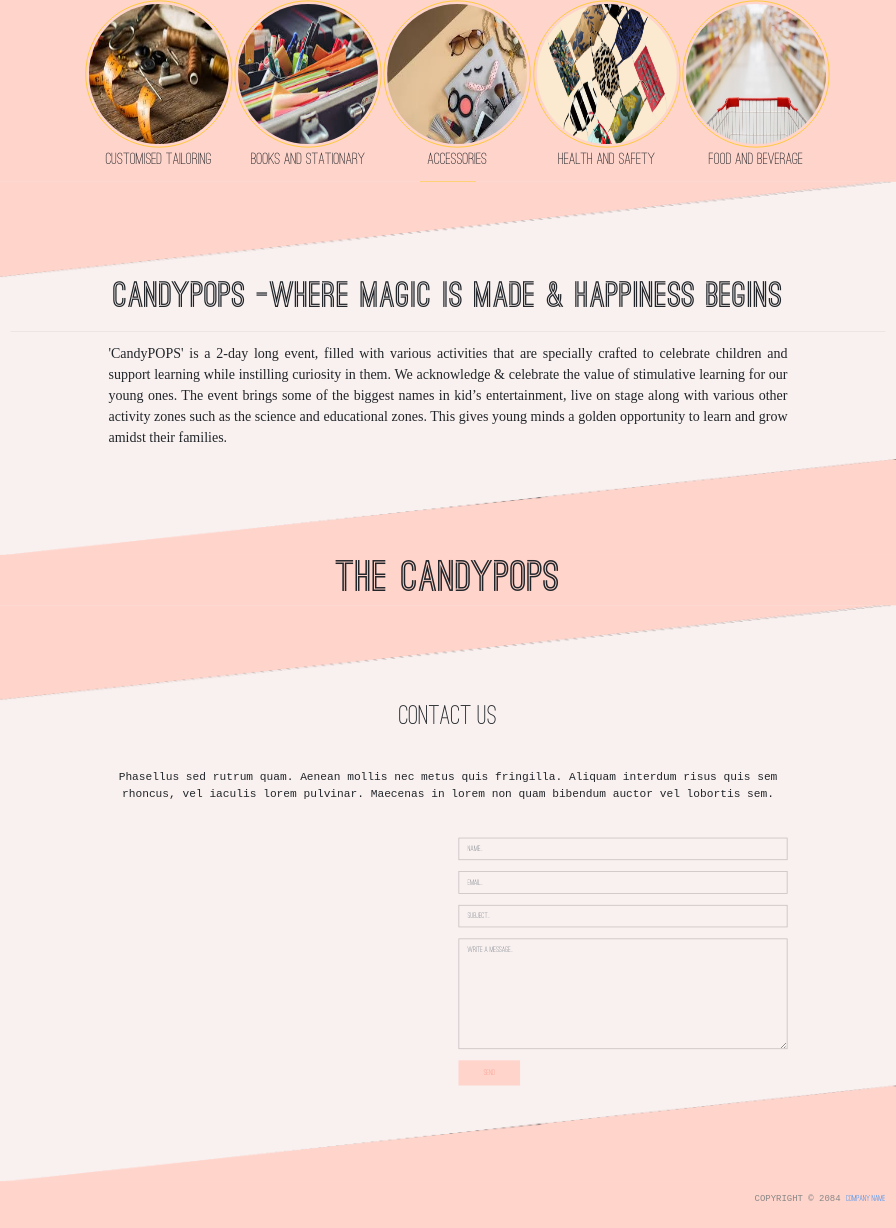
Repository: Demonster1999/newshoperrepo
Page: index.html
An editor plug-in stored every save of this project. The page is shown before and after the next save, followed by the edit.
The browser window is 1280 px wide. The pictures show the part of the page from y = 2374 to 4294 px (the page is 4128 px tall before and 4294 px after), at 70% of full size.
Some web libraries are served in a nearby version.

Above is the page before, as saved 2020-07-21 15:32:03.
Console error: TypeError: Cannot read properties of null (reading 'getContext')

### index.html
<!DOCTYPE html>
<head>
	<meta charset="UTF-8">
	<title>London Market</title>
	<meta name="keywords" content="" />
	<meta name="description" content="" />
    <meta name="viewport" content="width=device-width, initial-scale=1.0">
    <!--
    	Roller Template
		http://www.london-market.com/preview/london-market_424_roller
	-->
	<link rel="stylesheet" href="https://fonts.googleapis.com/css2?family=Great+Vibes">
	<link href="http://fonts.googleapis.com/css?family=Open+Sans:300,400,700" rel="stylesheet" type="text/css">
	<!-- <link href="css/font-awesome.min.css" rel="stylesheet">FontAwesome Icons -->
	<link rel="stylesheet" href="https://cdnjs.cloudflare.com/ajax/libs/font-awesome/5.14.0/css/all.min.css"
		integrity="sha512-1PKOgIY59xJ8Co8+NE6FZ+LOAZKjy+KY8iq0G4B3CyeY6wYHN3yt9PW0XpSriVlkMXe40PTKnXrLnZ9+fkDaog=="
		crossorigin="anonymous" />
	<link rel="stylesheet" href="https://maxcdn.bootstrapcdn.com/bootstrap/4.0.0/css/bootstrap.min.css" integrity="sha384-Gn5384xqQ1aoWXA+058RXPxPg6fy4IWvTNh0E263XmFcJlSAwiGgFAW/dAiS6JXm" crossorigin="anonymous">
	<link rel="stylesheet" href="fonts/ostrich-sans.css">
	<link href="css/LondonMarket.css" rel="stylesheet" type="text/css">
	<link rel="stylesheet" href="css/into-to-app.css">
	<link rel="stylesheet" href="css/navbar.css">
	<link rel="stylesheet" href="css/carousel.css">

</head>
<body>
	<nav class="navbar custom-nav sticky-top p-0 m-0 ">
		<a class="navbar-brand mx-auto text-white" style="font-family: Great Vibes; font-size: 40px;" href="#">London Market</a>

	  </nav>

	<nav class="navbar third-nav navbar-expand-lg navbar-light bg-light">
		<div class="container">
			<button class="navbar-toggler navbar-toggler-icon" type="button" data-toggle="collapse" data-target="#navbarSupportedChontent"
			aria-controls="navbarSupportedContent" aria-expanded="false" aria-label="Toggle navigation">
			<span class=""></span>
		</button>


		<div class="collapse navbar-collapse" id="navbarSupportedContent">
			<ul class="navbar-nav  mr-auto text-center">

				<li class="nav-item">
					<a class=" " href="#">Register</a>
				</li>
				<li class="nav-item ">
					<a class="" href="#">login</a>
				</li>


		</div>
		<div class="  mr-auto ">
			<!-- social icons  -->
			<button class="fab fa-facebook-f"></button>
			<button class="fab fa-twitter"></button>
			<button class="fab fa-linkedin-in"></button>
			<button class="fab fa-instagram"></button>
			<button class="fab fa-youtube"></button>
		</div>
		</div>

	</nav>


	<!-- nav with dots  -->
	<nav class="nav">
        <ul>
            <li class="dot1 active" id="ec1" data-toggle="tooltip" data-placement="left" title="Tooltip on left"></li>
            <li class="dot2" id="ec2" data-toggle="tooltip" data-placement="left" title="Tooltip on left"></li>
            <li class="dot3" id="ec3"  data-toggle="tooltip" data-placement="left" title="Tooltip on left"></li>
			<li class="dot4" id="ec4"  data-toggle="tooltip" data-placement="left" title="Tooltip on left"></li>
			<li class="dot5" id="ec5"  data-toggle="tooltip" data-placement="left" title="Tooltip on left"></li>
			<li class="dot5" id="ec5"  data-toggle="tooltip" data-placement="left" title="Tooltip on left"></li>
        </ul>
    </nav>

		<section class="" id="home">
			<div id="demo" class="carousel slide" data-ride="carousel">
				<ul class="carousel-indicators">
					<li data-target="#demo" data-slide-to="0" class="active"></li>
					<li data-target="#demo" data-slide-to="1"></li>
					<li data-target="#demo" data-slide-to="2"></li>
					<!-- <li data-target="#demo" data-slide-to="3"></li> -->
				</ul>
				<div class="carousel-inner">
					<div class="carousel-item active">
						<img src="images/carousel/carousel1.jpg" alt="Los Angeles"   >
						<div class="carousel-caption">
							<h3>Los Angeles</h3>
							<p>We had such a great time in LA!</p>
						</div>
					</div>
					<div class="carousel-item">
						<img src="images/carousel/carousel4.jpg" alt="Chicago"  >
						<div class="carousel-caption">
							<h3>Chicago</h3>
							<p>Thank you, Chicago!</p>
						</div>
					</div>
					<div class="carousel-item">
						<img src="images/carousel/cp11.jpg" alt="Chicago" >
						<div class="carousel-caption">
							<h3>Chicago</h3>
							<p>Thank you, Chicago!</p>
						</div>
					</div>
					<!-- <div class="carousel-item">
						<img src="images/images/lmimages/Adobe_20200716_143015.png" alt="Chicago">
						<div class="carousel-caption">
							<h3>Chicago</h3>
							<p>Thank you, Chicago!</p>
						</div>
					</div> -->
					<!-- <div class="carousel-item">
						<img src="images/carousel/carousel3.jpg" alt="New York" class=" w-100" style="height: 300px; max-height: 500px;">
						<div class="carousel-caption">
							<h3>New York</h3>
							<p>We love the Big Apple!</p>
						</div>
					</div> -->
				</div>
				<a class="carousel-control-prev" href="#demo" data-slide="prev">
					<span class="carousel-control-prev-icon"></span>
				</a>
				<a class="carousel-control-next" href="#demo" data-slide="next">
					<span class="carousel-control-next-icon"></span>
				</a>
			</div>
		</section>

<section class=" intro-to-app container-fluid">
	<img src="images/tm-border-black-top.png" class="w-100 img-top" alt="">
	<div class="container-fluid text-center ">

		<img src="images/images/lmimages/lm.png" class="p-0 m-0" width=200px height="200px" alt="" >
		<h1 class="mx-auto  "> Get Shop-a-holic</h1>

		<hr>


		<div class="container ">
			<p class="lead text-justify">After a period of more than 10 successful years in exhibition management with a strong focus on the fashion and
			lifestyle industry, One Management International proudly brings to you yet another feather in its cap, ‘The London
			Market App’.
			The app is based on the simple concept of ‘Affordable Luxury’, where we strive to present creative and beautiful
			products from sellers across the world, through an intelligent and user-friendly app. We believe in the power of
			expressing oneself, as we aspire to showcase products and brands that stand apart. With our wide array of products
			ranging from clothing and accessories to home décor and furniture, we have something unique for everyone.
</p>
               <div class="row">
<div class="col-md-6 p-2 text-center">
	<a href="https://play.google.com/store/apps/details?id=com.prpwebs.londonmarket" class="h1"> <img src="images/logos/play store.png" class=" " width="160px" height="160px" alt="play">
		<center> Android</center>
	</a>
</div>
<div class="col-md-6 text-center">
	<a href="" class="h1"> <img src="images/logos/hiclipart.com.png" class=" " width="160px" height="160px" alt="app">
		<center>ios</center>
	</a>

</div>
			   </div>

		</div>
	</div>
	<img src="images/tm-border-black-bottom.png" class="w-100 imgbottom" alt="">
</section>


<section class="tm-dark-bg tm-section" id="portfolio">
			<div class="container-fluid">

<h1 style="font-weight: bold; font-size: 60px;" class="text-center"> The App Offers  </h1>
<div class="  row text-center mt-5 ">
	<div class="col-md-1"></div>
	<div class="col-md-2 text-center mt-5  ">
		<div class="tm-img-circle-border mx-auto ">
			<img src="images/category/display category/Women clothing.jpg" alt="Testimonial 1" class="img-circle tm-img-testimonial">
			<h4 class=" mt-2 "> Women clothing </h4>
		</div>
	</div>
	<div class="col-md-2 text-center mt-5 ">
		<div class="tm-img-circle-border mx-auto ">
			<img src="images/category/display category/children.jpg" alt="Testimonial 2" class="img-circle tm-img-testimonial">
			<h4 class=" mt-2 "> Children clothing</h4>
		</div>
	</div>
	<div class="col-md-2 text-center mt-5 ">
		<div class="tm-img-circle-border mx-auto ">
			<img src="images/category/display category/umens.jpeg" alt="Testimonial 3" class="img-circle tm-img-testimonial">
			<h4 class=" mt-2 "> Menswear </h4>
		</div>

	</div>
	<div class="col-md-2 text-center mt-5 ">
		<div class="tm-img-circle-border mx-auto ">
			<img src="images/category/display category/Jewellery.jpg" alt="Testimonial 4" class="img-circle tm-img-testimonial">
			<h4 class=" mt-2 "> Jewellery</h4>
		</div>
	</div>
	<div class="col-md-2 text-center mt-5 ">
		<div class="tm-img-circle-border mx-auto ">
			<img src="images/category/display category/Footwear.jpg" alt="Testimonial 5" class="img-circle tm-img-testimonial">
			<h4 class=" mt-2 "> foot wear </h4>
		</div>
	</div>
	<div class="col-md-1"></div>
</div>
<hr class="tm-author-name-underline mt-5">
<div class="  row text-center mt-5 ">
	<div class="col-md-1"></div>
	<div class="col-md-2 text-center mt54 ">
		<div class="tm-img-circle-border mx-auto ">
			<img src="images/category/display category/Decor & Linen.jpg" alt="Testimonial 1" class="img-circle tm-img-testimonial">
			<h4 class=" mt-2 "> Decor & Linen </h4>
		</div>
	</div>
	<div class="col-md-2 text-center mt-5 ">
		<div class="tm-img-circle-border mx-auto ">
			<img src="images/category/display category/Handicrafts.jpg" alt="Testimonial 2" class="img-circle tm-img-testimonial">
			<h4 class=" mt-2 "> Handicrafts </h4>
		</div>
	</div>
	<div class="col-md-2 text-center mt-5 ">
		<div class="tm-img-circle-border mx-auto  ">
			<img src="images/category/display category/Furniture.jpg" alt="Testimonial 3" class="img-circle tm-img-testimonial">
			<h4 class=" mt-2 "> Furniture</h4>
		</div>

	</div>
	<div class="col-md-2 text-center mt-5 ">
		<div class="tm-img-circle-border mx-auto ">
			<img src="images/category/display category/Beauty.jpg" alt="Testimonial 4" class="img-circle tm-img-testimonial">
			<h4 class=" mt-2 "> Beauty </h4>
		</div>
	</div>
	<div class="col-md-2 text-center mt-5 ">
		<div class="tm-img-circle-border mx-auto ">
			<img src="images/category/display category/Flowers & Gifting.jpg" alt="Testimonial 5" class="img-circle tm-img-testimonial">
			<h4 class=" mt-2 "> Flowers and Gifting </h4>
		</div>
	</div>
</div>
<hr class="tm-author-name-underline mt-5">
<div class="  row text-center mt-5 ">
	<div class="col-md-1"></div>
	<div class="col-md-2 text-center mt-5 ">
		<div class="tm-img-circle-border mx-auto ">
			<img src="images/category/display category/Customised Tailoring.jpg" alt="Testimonial 1" class="img-circle tm-img-testimonial">
			<h4 class=" mt-2 "> Customised Tailoring</h4>
		</div>
	</div>
	<div class="col-md-2 text-center mt-5 ">
		<div class="tm-img-circle-border mx-auto ">
			<img src="images/category/display category/books and stationary.jpg" alt="Testimonial 2" class="img-circle tm-img-testimonial">
			<h4 class=" mt-2 "> books and Stationary </h4>
		</div>
	</div>
	<div class="col-md-2 text-center mt-5 ">
		<div class="tm-img-circle-border mx-auto  ">
			<img src="images/category/display category/Accessories.jpg" alt="Testimonial 3" class="img-circle tm-img-testimonial">
			<h4 class=" mt-2 "> Accessories </h4>
		</div>

	</div>
	<div class="col-md-2 text-center mt-5 ">
		<div class="tm-img-circle-border mx-auto ">
			<img src="images/category/display category/health & safety.jpg" alt="Testimonial 4" class="img-circle tm-img-testimonial">
			<h4 class=" mt-2 "> Health and Safety </h4>
		</div>
	</div>
	<div class="col-md-2 text-center mt-5 ">
		<div class="tm-img-circle-border mx-auto ">
			<img src="images/category/display category/f&b.jpg" alt="Testimonial 5" class="img-circle tm-img-testimonial">
			<h4 class=" mt-2 "> Food and beverage </h4>
		</div>
	</div>
	<div class="col-md-1"></div>
</div>
<hr class="tm-author-name-underline mt-5">

					</div>
		</section> <!-- portfolio -->

<section class=" intro-to-app container-fluid">
	<img src="images/tm-border-black-top.png" class="w-100 img-top" alt="">
	<div class="container-fluid text-center ">

		<!-- <img src="images/images/lmimages/lm.png" class="p-0 m-0" width=200px height="200px" alt=""> -->
		<h1 class="mx-auto  "> CandyPOPS -Where Magic is made & Happiness begins </h1>

		<hr>


		<div class="container ">
			<p class="lead text-justify">'CandyPOPS' is a 2-day long event, filled with various activities that are specially crafted to celebrate children and
			support learning while instilling curiosity in them. We acknowledge & celebrate the value of stimulative learning for
			our young ones.
			The event brings some of the biggest names in kid’s entertainment, live on stage along with various other activity zones
			such as the science and educational zones. This gives young minds a golden opportunity to learn and grow amidst their
			families.
			</p>



		</div>
	</div>
	<img src="images/tm-border-black-bottom.png" class="w-100 imgbottom" alt="">
</section>

<section class="tm-dark-bg tm-section" id="portfolio">
	<div class="container-fluid">

		<h1 style="font-weight: bold; font-size: 60px;" class="text-center"> The Candypops </h1>
	</div>
</section> <!-- portfolio -->

<section class="tm-section tm-orange-bg" id="contact" >
			<img src="images/tm-border-black-top.png" alt="Border" class="tm-border">
			<div class="container">
				<h1 class="text-uppercase text-center">Contact Us</h1>
				<p class="text-center margin-top-50">Phasellus sed rutrum quam. Aenean mollis nec metus quis fringilla. Aliquam interdum risus quis sem rhoncus, vel iaculis lorem pulvinar. Maecenas in lorem non quam bibendum auctor vel lobortis sem.</p>
				<div class="row margin-top-50">
					<div class="col-lg-6 col-md-6 col-sm-6 col-xs-12">
						<div id="map-canvas"></div>
					</div>
					<div class="col-lg-6 col-md-6 col-sm-6 col-xs-12">
						<form action="#" method="post" class="tm-contact-form">
							<div class="form-group">
								<input type="text" id="contact_name" class="form-control" placeholder="NAME..." />
							</div>
							<div class="form-group">
								<input type="text" id="contact_email" class="form-control" placeholder="EMAIL..." />
							</div>
							<div class="form-group">
								<input type="text" id="contact_subject" class="form-control" placeholder="SUBJECT..." />
							</div>
							<div class="form-group">
								<textarea id="contact_message" class="form-control" rows="8" placeholder="WRITE A MESSAGE..."></textarea>
							</div>
							<button type="submit" class="btn text-uppercase tm-dark-bg tm-orange-text tm-send-btn">Send</button>
						</form>
					</div>
				</div>
			</div>
			<img src="images/tm-border-black-bottom.png" alt="Border" class="tm-border">
		</section> <!-- contact -->


	<footer class="text-right tm-dark-bg">
		<p class="text-uppercase container small">Copyright &copy; 2084 <a href="#">Company Name</a></p>
	</footer>
	<script src="js/jquery-1.11.1.min.js" ></script>
	<!-- <script src="https://code.jquery.com/jquery-3.5.1.min.js"
		integrity="sha256-9/aliU8dGd2tb6OSsuzixeV4y/faTqgFtohetphbbj0=" crossorigin="anonymous"></script> -->
		<script src="https://cdnjs.cloudflare.com/ajax/libs/font-awesome/5.14.0/js/all.min.js"
			integrity="sha512-YSdqvJoZr83hj76AIVdOcvLWYMWzy6sJyIMic2aQz5kh2bPTd9dzY3NtdeEAzPp/PhgZqr4aJObB3ym/vsItMg=="
			crossorigin="anonymous"></script>
<script src="https://cdnjs.cloudflare.com/ajax/libs/popper.js/1.12.9/umd/popper.min.js" integrity="sha384-ApNbgh9B+Y1QKtv3Rn7W3mgPxhU9K/ScQsAP7hUibX39j7fakFPskvXusvfa0b4Q" crossorigin="anonymous"></script>
<script src="https://maxcdn.bootstrapcdn.com/bootstrap/4.0.0/js/bootstrap.min.js" integrity="sha384-JZR6Spejh4U02d8jOt6vLEHfe/JQGiRRSQQxSfFWpi1MquVdAyjUar5+76PVCmYl" crossorigin="anonymous"></script>
	<script src="js/LondonMarket.js"></script>
	<script src="js/scrollnav.js"></script>
</body>
</html>

### css/into-to-app.css
.intro-to-app{

    padding: 0;
    background-color:#F9F1F0;

}
.intro-to-app img{
    display: inline;
}
.intro-to-app h1{
    font-family: ostrich sans ;
    font-weight: bold;
    display: inline;
    font-size: 50px;

}
.intro-to-app p{
    font-family: hevletica;

}
.imgbottom{
    width: 200%;
    margin: 0;

    position: relative;

}

.img-top{
    margin: 0;
    position: relative;



}

### css/navbar.css
.custom-nav {
    background-color: #e2725b;

}
.custom-nav {
    color: #fff;
    font-size: 25px;

}

/* thirdnav  */
.third-nav a{
    color: black;
    font-family: 'Lucida Sans', 'Lucida Sans Regular', 'Lucida Grande', 'Lucida Sans Unicode', Geneva, Verdana, sans-serif;
    font-weight: bold;
    color: #e2725b;
}
.third-nav ul li{
    margin-left: 10%;
    margin-right: 10%;
}
.third-nav .fa-facebook-f,.fa-twitter,.fa-linkedin-in,.fa-instagram,.fa-youtube{
 margin-left: 5px;
  margin-right: 5px;
    color:#e2725b;

}

/* thirdnav end  */

.nav {
    position: fixed;
    top: 45%;
    bottom: 30%;
    right: 0;
	width: 60px;
	z-index: 50;
}

.nav ul {
	list-style: none;
}


.nav li {
    width: 10px;
	height: 10px;
	margin: 10px;
    border-radius: 100%;
    background-color: rosybrown;
    cursor: pointer;
    transition: .5s;
}

.dot1 {
    background-color: rgb(82, 43, 43);
}

.dot2 {
    background-color: rgb(24, 73, 44);
}

.dot3 {
    background-color: rgb(73, 58, 204);
}

.dot4 {
    background-color: rgb(58, 70, 31);
}

.active {
    box-shadow: 0 0 0 3px #fffffff1, 0 0 0 6px #000;
}

### css/carousel.css
#home .carousel-inner img {
    min-width: 100%;
    min-height: 320px;
    max-height: 500px;
    max-resolution: 0;
  }


  #home .carousel-inner .carousel-caption{
    position: absolute;
    font-size: 30px;
    background-color: rgba(0,0, 0, 0.3);
    width: 100%;
    margin: 0;
    left: 0;
    right: 0;
    height: 100%;
    top: 5px;

  }

    #home .carousel-inner .carousel-caption h3{
      position: relative;
      top: 40%;
      font-family:fantasy;

      font-size: 40px;
    }
    #home .carousel-inner .carousel-caption p{
      position: relative;
      top: 42%;
      font-family: Cambria, Cochin, Georgia, Times, 'Times New Roman', serif;

    }
    .carousel-control-prev,.carousel-control-next{
      z-index: 50;
    }

Loaded but not shown: fonts/ostrich-sans.css (common file); js/jquery-1.11.1.min.js (library); js/LondonMarket.js (359 lines, source omitted); js/scrollnav.js (48 lines, source omitted); css/LondonMarket.css (434 lines, source omitted)

After the next save:
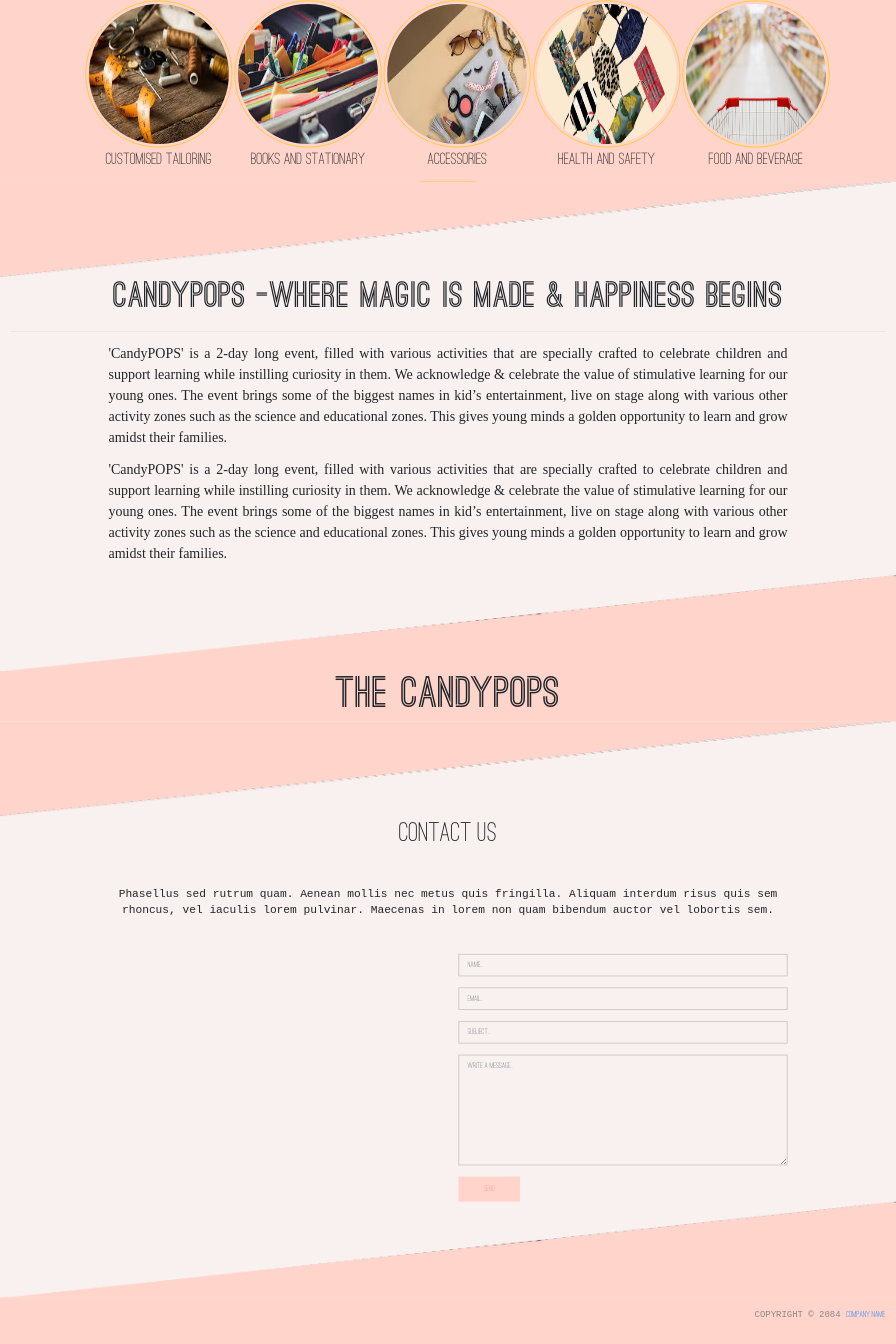
Saved 7 s later.
--- a/index.html
+++ b/index.html
@@ -300,6 +300,17 @@
 			such as the science and educational zones. This gives young minds a golden opportunity to learn and grow amidst their
 			families.
 			</p>
+			<p class="lead text-justify">'CandyPOPS' is a 2-day long event, filled with various activities that are specially
+				crafted to celebrate children and
+				support learning while instilling curiosity in them. We acknowledge & celebrate the value of stimulative learning
+				for
+				our young ones.
+				The event brings some of the biggest names in kid’s entertainment, live on stage along with various other activity
+				zones
+				such as the science and educational zones. This gives young minds a golden opportunity to learn and grow amidst
+				their
+				families.
+			</p>
 
 
 

After the save that followed:
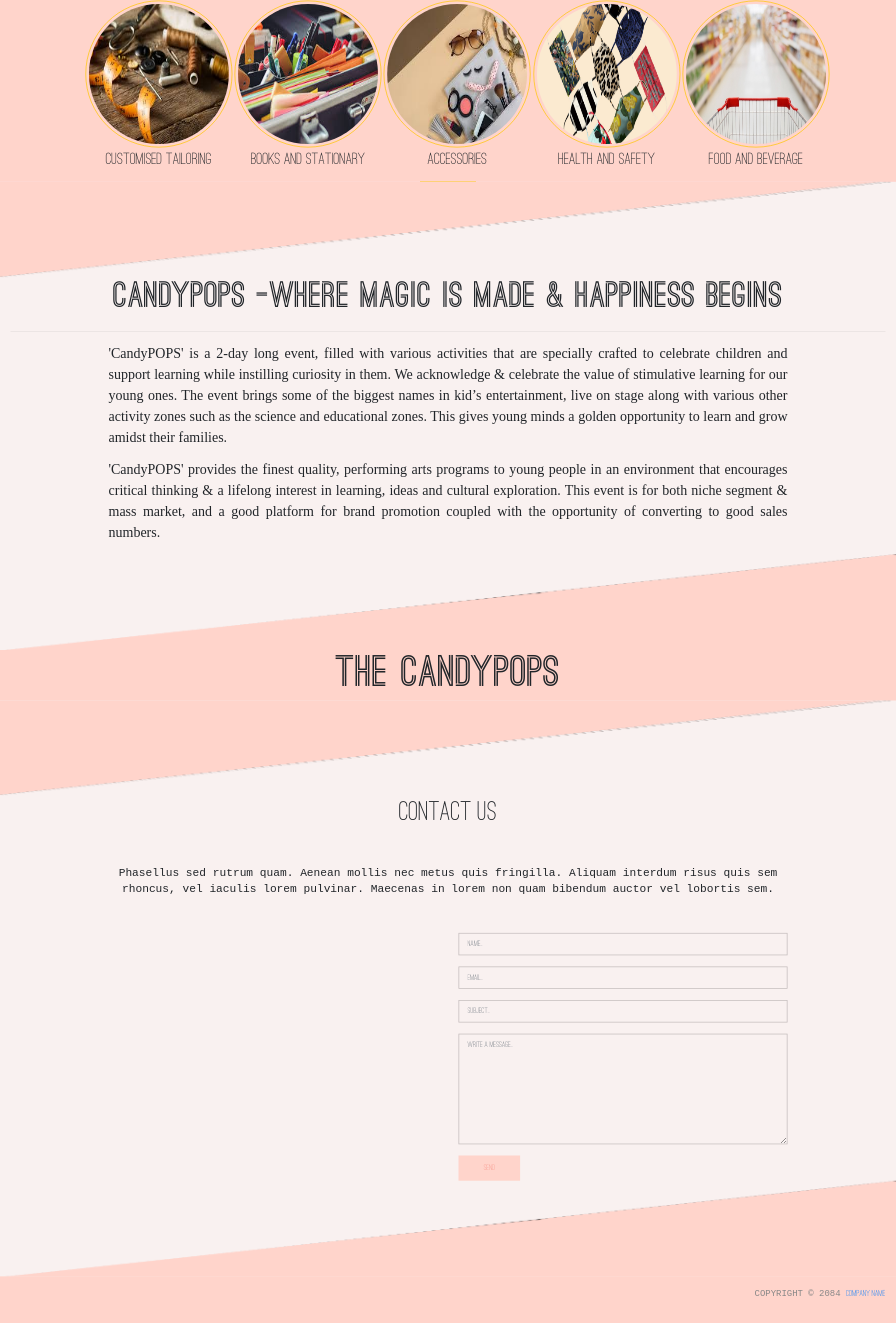
Saved 15 s later.
--- a/index.html
+++ b/index.html
@@ -300,16 +300,10 @@
 			such as the science and educational zones. This gives young minds a golden opportunity to learn and grow amidst their
 			families.
 			</p>
-			<p class="lead text-justify">'CandyPOPS' is a 2-day long event, filled with various activities that are specially
-				crafted to celebrate children and
-				support learning while instilling curiosity in them. We acknowledge & celebrate the value of stimulative learning
-				for
-				our young ones.
-				The event brings some of the biggest names in kid’s entertainment, live on stage along with various other activity
-				zones
-				such as the science and educational zones. This gives young minds a golden opportunity to learn and grow amidst
-				their
-				families.
+			<p class="lead text-justify">'CandyPOPS' provides the finest quality, performing arts programs to young people in an environment that encourages
+			critical thinking & a lifelong interest in learning, ideas and cultural exploration.
+			This event is for both niche segment & mass market, and a good platform for brand promotion coupled with the opportunity
+			of converting to good sales numbers.
 			</p>
 
 
